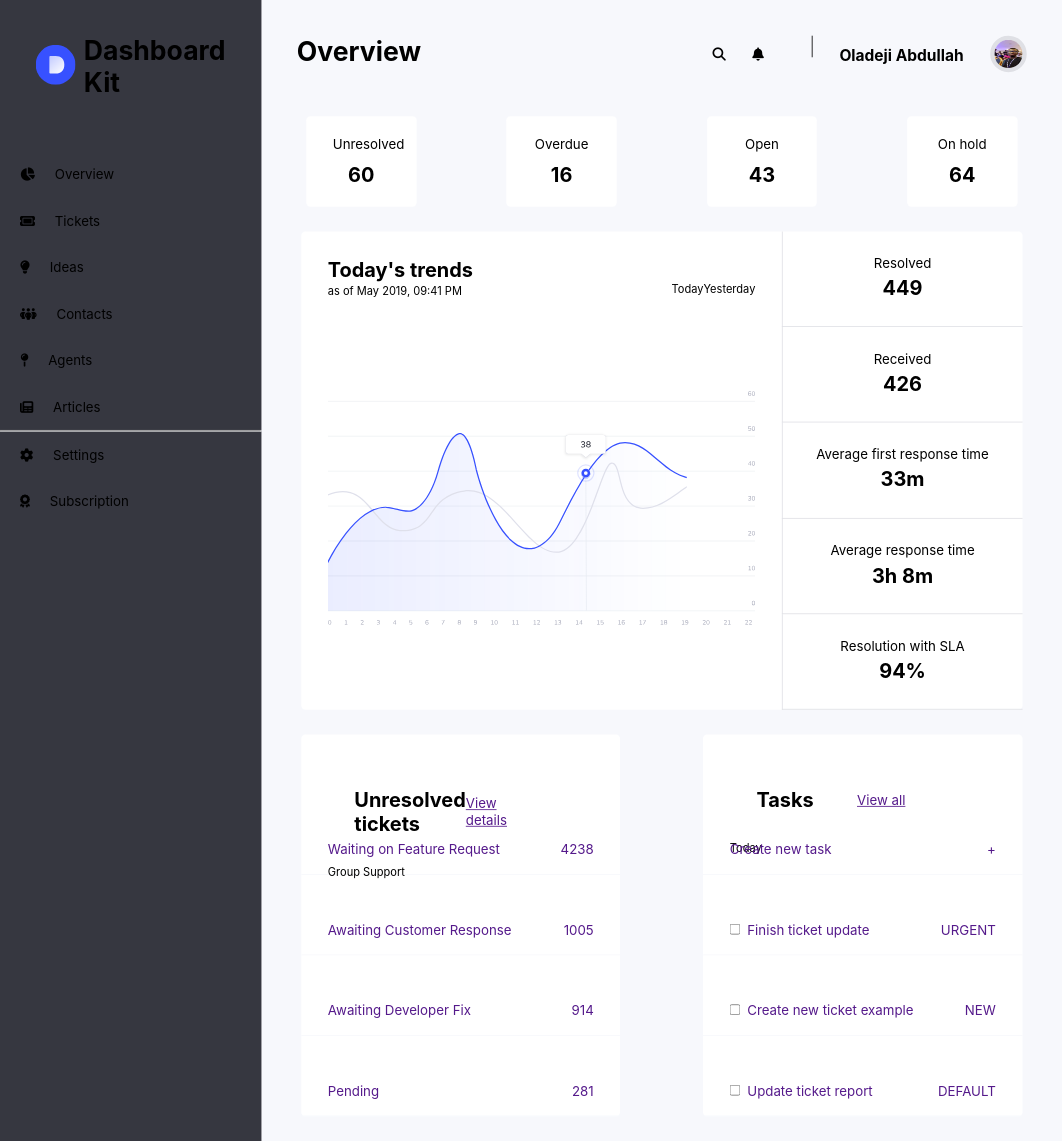
Repository: BuduCE/dashboard
Page: /
An editor plug-in stored every save of this project. The page is shown before and after the next save, followed by the edit.
The browser window is 1280 px wide. The pictures show the whole page, at 83% of full size.
Some web libraries are served in a nearby version. The project was rebuilt for these pictures with package versions that can differ from the ones it lists, and the page was loaded fresh each time. Also part of the build but not shown: src/pages/Tickets/index.jsx.

Above is the page before, as saved 2022-08-05 00:13:44.

After the next save:
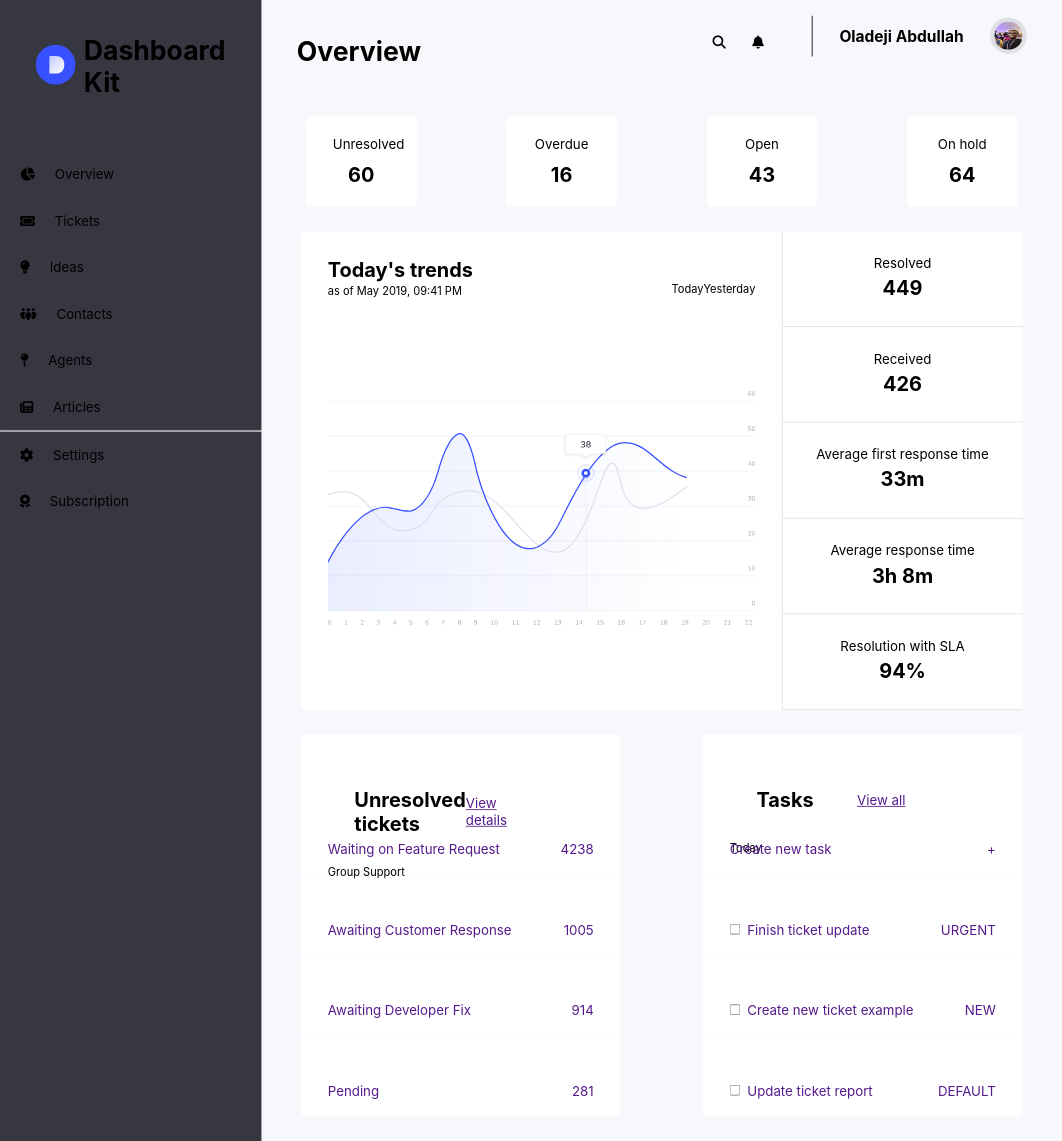
Saved 23 h 21 min later.
--- a/src/components/common/Header/styles.css
+++ b/src/components/common/Header/styles.css
@@ -8,7 +8,7 @@
 .headerR{
     display: flex;
     justify-content: space-between;
-    /* align-items: center; */
+    align-items: center;
 }
 .icon{
     width: 16px;
